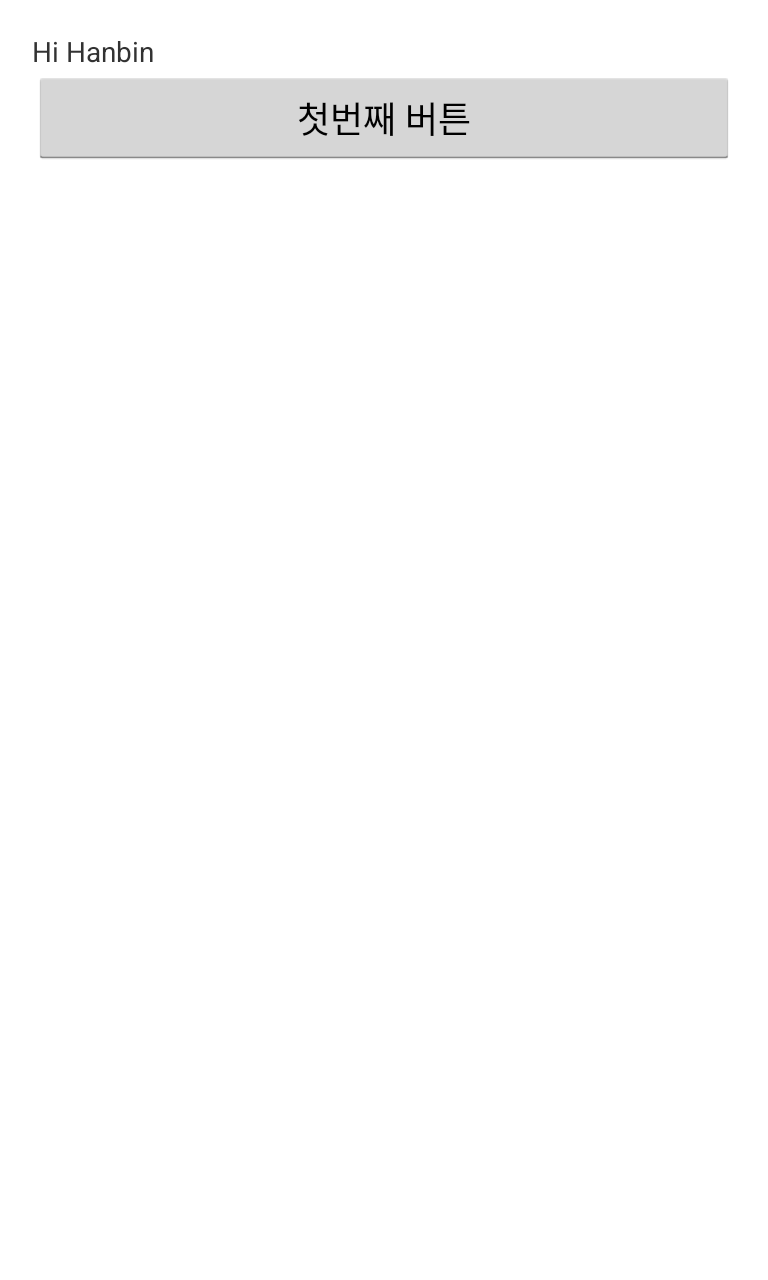
Repository: leehan0617/android
Layout: ex01/res/layout/activity_main.xml
The author's editor kept a copy of each file at every save. The layout is drawn from the files as they stood at one save, then again after the next save.
It is drawn on a 768 x 1280 px phone screen (xhdpi) without system bars, with theme AppTheme; the app's code is not run.

Above is the layout before, as saved 2015-07-27 03:19:42.

### ex01/res/layout/activity_main.xml
<LinearLayout xmlns:android="http://schemas.android.com/apk/res/android"
    xmlns:tools="http://schemas.android.com/tools"
    android:layout_width="match_parent"
    android:layout_height="match_parent"
    android:orientation="vertical"
    android:paddingBottom="@dimen/activity_vertical_margin"
    android:paddingLeft="@dimen/activity_horizontal_margin"
    android:paddingRight="@dimen/activity_horizontal_margin"
    android:paddingTop="@dimen/activity_vertical_margin"
    tools:context="com.kosta.ex01.MainActivity" >

    <TextView
        android:layout_width="wrap_content"
        android:layout_height="wrap_content"
        android:text="@string/hello_world" />

    <Button android:layout_width="match_parent"
        android:layout_height="wrap_content"
        android:text="@string/btn1"/>
</LinearLayout>

### ex01/res/values/strings.xml
<?xml version="1.0" encoding="utf-8"?>
<resources>

    <string name="app_name">Ex01</string>
    <string name="hello_world">Hi Hanbin</string>
    <string name="action_settings">Settings</string>
	<string name="btn1">첫번째 버튼</string>
	<string name="btn2">두번째 버튼</string>
	<string name="btn3">세번째 버튼</string>

</resources>

Loaded but not shown: ex01/res/values/styles.xml (common file); ex01/res/values-v11/styles.xml (common file); ex01/res/values-v14/styles.xml (common file); ex01/res/values/dimens.xml (common file); ex01/res/values-w820dp/dimens.xml (common file)

After the next save:
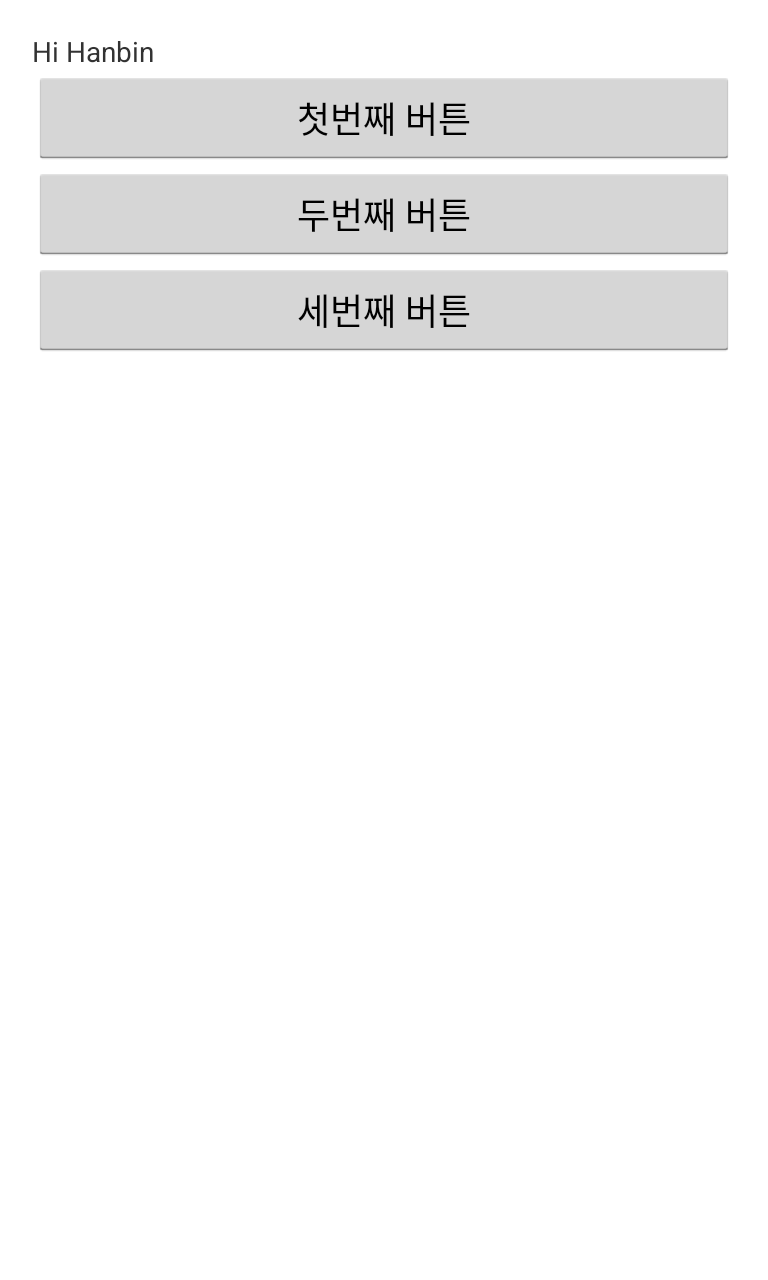
Saved 14 s later.
--- a/ex01/res/layout/activity_main.xml
+++ b/ex01/res/layout/activity_main.xml
@@ -17,4 +17,12 @@
     <Button android:layout_width="match_parent"
         android:layout_height="wrap_content"
         android:text="@string/btn1"/>
+
+    <Button android:layout_width="match_parent"
+        android:layout_height="wrap_content"
+        android:text="@string/btn2"/>
+
+    <Button android:layout_width="match_parent"
+        android:layout_height="wrap_content"
+        android:text="@string/btn3"/>
 </LinearLayout>
